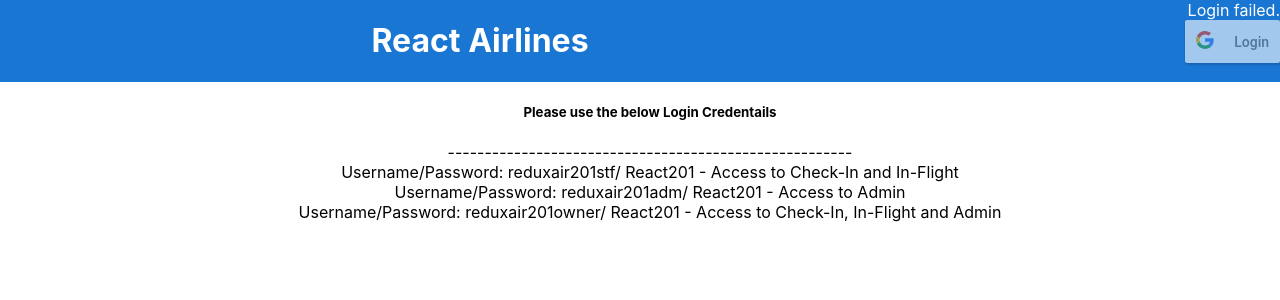
Repository: edeep/-osmosis2020React
Page: /
An editor plug-in stored every save of this project. The page is shown before and after the next save, followed by the edit.
The browser window is 1280 px wide. The pictures show the whole page.
The project was rebuilt for these pictures with package versions that can differ from the ones it lists, and the page was loaded fresh each time.

Above is the page before, as saved 2020-03-01 18:43:43.

### src/App.js
import React from 'react';
import AppLayoutWithHeader from './mainAppWrapperComponent/AppLayoutWithHeader';

import './App.css';

function App() {
  return (
    <div className="App">
      <AppLayoutWithHeader/>
    </div>
  );
}

export default App;

### src/mainAppWrapperComponent/AppLayoutWithHeader.js
import React from 'react';
import LoginComponent from './loginApp';
import Grid from '@material-ui/core/Grid';
export default class AppLayoutWithHeader extends React.Component {

    constructor(props) {
        super(props);
        this.state = {
            isAuthorized: false,
            userRole:'NA'
        }

    }

    updateIsAuthorized = (authorizedVale, userRole) => {
        this.setState({ isAuthorized: authorizedVale, userRole: userRole})
    }

    render() {

        return (
            <div>
               <Grid container style={{display:'flex'}}>
                    <Grid item xs={9} sm={9} style={{
                        textAlign: 'center', background: '#1976d2',
                        color: 'white' }}><h1>React Airlines </h1></Grid>
                    <Grid item xs={3} sm={3} style={{ textAlign: 'right', background: '#1976d2',
                        color: 'white'
                    }}><LoginComponent isAuthorized={this.updateIsAuthorized} /></Grid>
                </Grid>


                {this.state.isAuthorized && this.state.userRole !== 'otherRole' ?
                   <div></div> :
                    <Grid container>
                        {this.state.userRole === 'otherRole' ?
                            <Grid item xs={12} sm={12} ><h5>'You are not authorized!' </h5></Grid>: ''}
                        <Grid item xs={12} sm={12} >
                        <div style={{
                            paddingLeft:'20px'
                        }}>
                        <h5>Please use the below Login Credentails</h5>
                        <div>-------------------------------------------------------</div>
                            <div>Username/Password: reduxair201stf/ React201 - Access to Check-In and In-Flight</div>
                            <div>Username/Password: reduxair201adm/ React201 - Access to Admin</div>
                            <div>Username/Password: reduxair201owner/ React201 - Access to Check-In, In-Flight and Admin</div>
                            </div>
                        </Grid>
                    </Grid>
                }

                </div>
        );
    }
}

### src/mainAppWrapperComponent/loginApp.js
import React from 'react';
//import Button from '@material-ui/core/Button';
//import ReactDOM from 'react-dom';
import GoogleLogin from 'react-google-login';
import { GoogleLogout } from 'react-google-login';
import PropTypes from 'prop-types';

export default class LoginComponent extends React.Component {
   //isAuthorized={this.updateIsAuthorized}
    constructor(props) {
        super(props);
        this.state = {
            userLoggedIn: false,
            userMessage: ''
        }
    }

     responseGoogleOnSucess = (response) => {
         console.log(response);
         this.setState({ userLoggedIn: true, userMessage: response.profileObj.name });
         let role = 'otherRole';
         if (response.profileObj.email === 'reduxair201adm@gmail.com')
         {
             role = 'admin';
         } else if (response.profileObj.email === 'reduxair201stf@gmail.com') {
             role = 'staff';
         } else if (response.profileObj.email === 'reduxair201owner@gmail.com') {
             role = 'owner';
         }
         this.props.isAuthorized(true, role);
    }


    responseGoogleOnFailure = (response) => {
        console.log(response);
        this.setState({ userLoggedIn: false, userMessage: 'Login failed.' });
        this.props.isAuthorized(false,'NA');
    }

    logout = (response) => {
        console.log(response);
        this.setState({ userLoggedIn: false, userMessage: '' });
        this.props.isAuthorized(false,'NA');
    }

    render() {


        return (
            <div>
                <div>{this.state.userMessage}</div>

                <div>{!this.state.userLoggedIn ?
                    <GoogleLogin
                        clientId="477163276602-qoaq5gonc65orfkccrrch8qm4mon1mqv.apps.googleusercontent.com"
                        buttonText="Login"
                        onSuccess={this.responseGoogleOnSucess}
                        onFailure={this.responseGoogleOnFailure}
                        cookiePolicy={'single_host_origin'}
                    /> :
                    <GoogleLogout
                        clientId="477163276602-qoaq5gonc65orfkccrrch8qm4mon1mqv.apps.googleusercontent.com"
                        buttonText="Logout"
                        onLogoutSuccess={this.logout}
                    />}
                </div>
                </div>
                );
                }
}

LoginComponent.propTypes = {
    isAuthorized: PropTypes.func
}

Loaded but not shown: public/index.html (common file); src/index.js (common file); src/index.css (common file); src/serviceWorker.js (common file); src/App.css (common file)

After the next save:
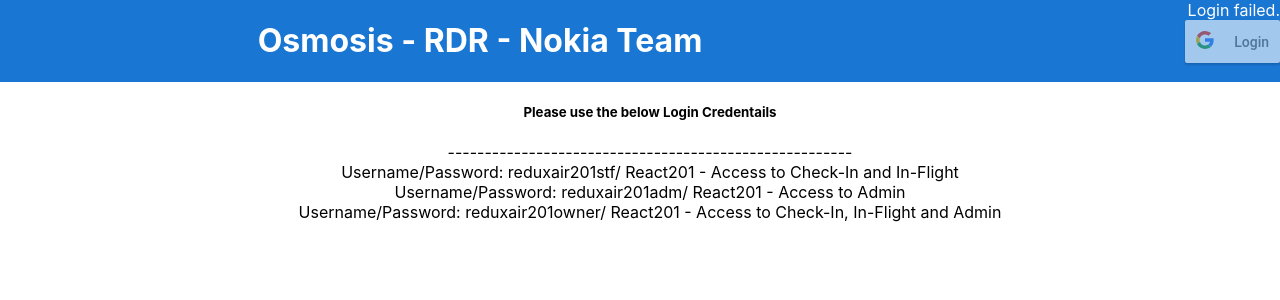
Saved 59 s later.
--- a/src/mainAppWrapperComponent/AppLayoutWithHeader.js
+++ b/src/mainAppWrapperComponent/AppLayoutWithHeader.js
@@ -23,7 +23,7 @@ export default class AppLayoutWithHeader extends React.Component {
                <Grid container style={{display:'flex'}}>
                     <Grid item xs={9} sm={9} style={{
                         textAlign: 'center', background: '#1976d2',
-                        color: 'white' }}><h1>React Airlines </h1></Grid>
+                        color: 'white' }}><h1>Osmosis - RDR - Nokia Team </h1></Grid>
                     <Grid item xs={3} sm={3} style={{ textAlign: 'right', background: '#1976d2',
                         color: 'white'
                     }}><LoginComponent isAuthorized={this.updateIsAuthorized} /></Grid>
